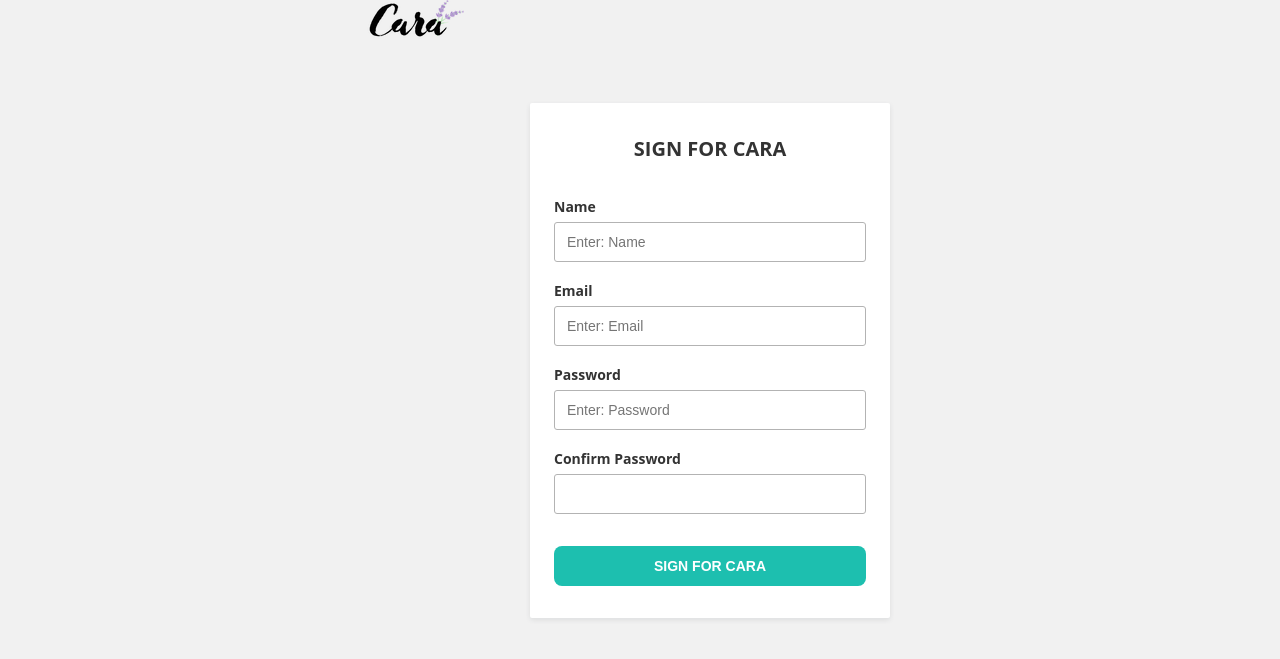
Repository: MinhNhatIT2901/Ecommerce
Page: sigin.html
These files come from the project's save history. The page is drawn as it stood at one moment and after the next save; the edit follows.
The browser window is 1280 px wide. The pictures show the whole page.

Above is the page before, as saved 2022-01-10 14:26:39.

### sigin.html
<!DOCTYPE html>
<html lang="en">
<head>
    <meta charset="UTF-8">
    <meta http-equiv="X-UA-Compatible" content="IE=edge">
    <meta name="viewport" content="width=device-width, initial-scale=1.0">
    <link rel="stylesheet" href="./sigin/sigin.css">
    <title>Login for Cara</title>
</head>
<body>
    <div class="main">
        <div class="logo-img">
            <img src="./imgs/img/logo.png" alt="">
        </div>
        <form action="" method="POST" class="form" id="form-1">
            <h3 class="heading">SIGN FOR CARA</h3>

            <div class="spacer"></div>

            <div class="form-group">
                <label for="fullname" class="form-label">Name</label>
                <input id="fullname" name="fullname" type="text" placeholder="Enter: Name" class="form-control">
                <span class="form-message"></span>
            </div>

            <div class="form-group">
                <label for="email" class="form-label">Email</label>
                <input id="email" name="email" type="text" placeholder="Enter: Email" class="form-control">
                <span class="form-message"></span>
            </div>

            <div class="form-group">
                <label for="password" class="form-label">Password</label>
                <input id="password" name="password" type="password" placeholder="Enter: Password" class="form-control">
                <span class="form-message"></span>
            </div>

            <div class="form-group">
                <label for="password_confirmation" class="form-label">Confirm Password</label>
                <input id="password_confirmation" name="password_confirmation" type="password" class="form-control">
                <span class="form-message"></span>
            </div>

            <button class="form-submit">SIGN FOR CARA</button>
        </form>

    </div>
</body>
    <script src="./sigin/sigin.js"></script>
    <script>
        Validator({
            form: '#form-1',
            errorSelector : '.form-message',
            formGroupSelector: '.form-group',
            rules: [
            Validator.isRequired ('#fullname'),
            Validator.isRequired('#email'),
            Validator.isEmail('#email'),
            Validator.minLength('#password', 6),
            Validator.isRequired('#password_confirmation'),
            Validator.isConfirmed('#password_confirmation', function () {
                return document.querySelector('#form-1 #password').value
            }, 'Re-entered password is incorrect'),
            ],
            onSubmit: function(data) {
                // Call API
                console.log(data)
            }
        })
    </script>
</html>

### sigin/sigin.css
* {
  padding: 0;
  margin: 0;
  box-sizing: border-box;
}
html {
  color: #333;
  font-size: 62.5%;
  font-family: "Open Sans", sans-serif;
}
.main {
  background: #f1f1f1;
  min-height: 100vh;
  display: flex;
  justify-content: center;
}

.logo-img {
  left: 0;
}

.form {
  width: 360px;
  min-height: 100px;
  padding: 32px 24px;
  text-align: center;
  background: #fff;
  border-radius: 2px;
  margin: 24px;
  align-self: center;
  box-shadow: 0 2px 5px 0 rgba(51, 62, 73, 0.1);
}
.form .heading {
  font-size: 2rem;
}
.form .desc {
  text-align: center;
  color: #636d77;
  font-size: 1.6rem;
  font-weight: lighter;
  line-height: 2.4rem;
  margin-top: 16px;
  font-weight: 300;
}

.form-group {
  display: flex;
  margin-bottom: 16px;
  flex-direction: column;
}

.form-label,
.form-message {
  text-align: left;
}

.form-label {
  font-weight: 700;
  padding-bottom: 6px;
  line-height: 1.8rem;
  font-size: 1.4rem;
}

.form-control {
  height: 40px;
  padding: 8px 12px;
  border: 1px solid #b3b3b3;
  border-radius: 3px;
  outline: none;
  font-size: 1.4rem;
}

.form-control:hover {
  border-color: #1dbfaf;
}

.form-group.invalid .form-control {
  border-color: #f33a58;
}

.form-group.invalid .form-message {
  color: #f33a58;
}

.form-message {
  font-size: 1.2rem;
  line-height: 1.6rem;
  padding: 4px 0 0;
}

.form-submit {
  outline: none;
  background-color: #1dbfaf;
  margin-top: 12px;
  padding: 12px 16px;
  font-weight: 600;
  color: #fff;
  border: none;
  width: 100%;
  font-size: 14px;
  border-radius: 8px;
  cursor: pointer;
}

.form-submit:hover {
  background-color: #1ac7b6;
}

.spacer {
  margin-top: 36px;
}

### sigin/sigin.js
function Validator(options) {
    function getParent(element, selector) {
        while (element.parentElement) {
            if (element.parentElement.matches(selector)) {
                return element.parentElement;
            }
            element = element.parentElement;
        }
    }

    var selectorRules = {};

    // Hàm thực hiện validate
    function validate(inputElement, rule) {
        var errorElement = getParent(inputElement, options.formGroupSelector).querySelector(options.errorSelector);
        var errorMessage;

        // Lấy ra các rules của selector
        var rules = selectorRules[rule.selector];

        // Lặp qua từng rule & kiểm tra
        // Nếu có lỗi thì dừng việc kiểm
        for (var i = 0; i < rules.length; ++i) {
            switch (inputElement.type) {
                case 'radio':
                case 'checkbox':
                    errorMessage = rules[i](
                        formElement.querySelector(rule.selector + ':checked')
                    );
                    break;
                default:
                    errorMessage = rules[i](inputElement.value);
            }
            if (errorMessage) break;
        }

        if (errorMessage) {
            errorElement.innerText = errorMessage;
            getParent(inputElement, options.formGroupSelector).classList.add('invalid');
        } else {
            errorElement.innerText = '';
            getParent(inputElement, options.formGroupSelector).classList.remove('invalid');
        }

        return !errorMessage;
    }

    // Lấy element của form cần validate
    var formElement = document.querySelector(options.form);
    if (formElement) {
        // Khi submit form
        formElement.onsubmit = function (e) {
            e.preventDefault();

            var isFormValid = true;

            // Lặp qua từng rules và validate
            options.rules.forEach(function (rule) {
                var inputElement = formElement.querySelector(rule.selector);
                var isValid = validate(inputElement, rule);
                if (!isValid) {
                    isFormValid = false;
                }
            });

            if (isFormValid) {
                // Trường hợp submit với javascript
                if (typeof options.onSubmit === 'function') {
                    var enableInputs = formElement.querySelectorAll('[name]');
                    var formValues = Array.from(enableInputs).reduce(function (values, input) {

                        switch(input.type) {
                            case 'radio':
                                values[input.name] = formElement.querySelector('input[name="' + input.name + '"]:checked').value;
                                break;
                            case 'checkbox':
                                if (!input.matches(':checked')) {
                                    values[input.name] = '';
                                    return values;
                                }
                                if (!Array.isArray(values[input.name])) {
                                    values[input.name] = [];
                                }
                                values[input.name].push(input.value);
                                break;
                            case 'file':
                                values[input.name] = input.files;
                                break;
                            default:
                                values[input.name] = input.value;
                        }

                        return values;
                    }, {});
                    options.onSubmit(formValues);
                }
                // Trường hợp submit với hành vi mặc định
                else {
                    formElement.submit();
                }
            }
        }

        // Lặp qua mỗi rule và xử lý (lắng nghe sự kiện blur, input, ...)
        options.rules.forEach(function (rule) {

            // Lưu lại các rules cho mỗi input
            if (Array.isArray(selectorRules[rule.selector])) {
                selectorRules[rule.selector].push(rule.test);
            } else {
                selectorRules[rule.selector] = [rule.test];
            }

            var inputElements = formElement.querySelectorAll(rule.selector);

            Array.from(inputElements).forEach(function (inputElement) {
               // Xử lý trường hợp blur khỏi input
                inputElement.onblur = function () {
                    validate(inputElement, rule);
                }

                // Xử lý mỗi khi người dùng nhập vào input
                inputElement.oninput = function () {
                    var errorElement = getParent(inputElement, options.formGroupSelector).querySelector(options.errorSelector);
                    errorElement.innerText = '';
                    getParent(inputElement, options.formGroupSelector).classList.remove('invalid');
                }
            });
        });
    }

}



// Định nghĩa rules
// Nguyên tắc của các rules:
// 1. Khi có lỗi => Trả ra message lỗi
// 2. Khi hợp lệ => Không trả ra cái gì cả (undefined)
Validator.isRequired = function (selector, message) {
    return {
        selector: selector,
        test: function (value) {
            return value ? undefined :  message || 'Please enter this field'
        }
    };
}

Validator.isEmail = function (selector, message) {
    return {
        selector: selector,
        test: function (value) {
            var regex = /^\w+([\.-]?\w+)*@\w+([\.-]?\w+)*(\.\w{2,3})+$/;
            return regex.test(value) ? undefined :  message || 'This field must be email';
        }
    };
}

Validator.minLength = function (selector, min, message) {
    return {
        selector: selector,
        test: function (value) {
            return value.length >= min ? undefined :  message || `Please enter at least ${min} characters`;
        }
    };
}

Validator.isConfirmed = function (selector, getConfirmValue, message) {
    return {
        selector: selector,
        test: function (value) {
            return value === getConfirmValue() ? undefined : message || 'Input value is incorrect';
        }
    }
}

After the next save:
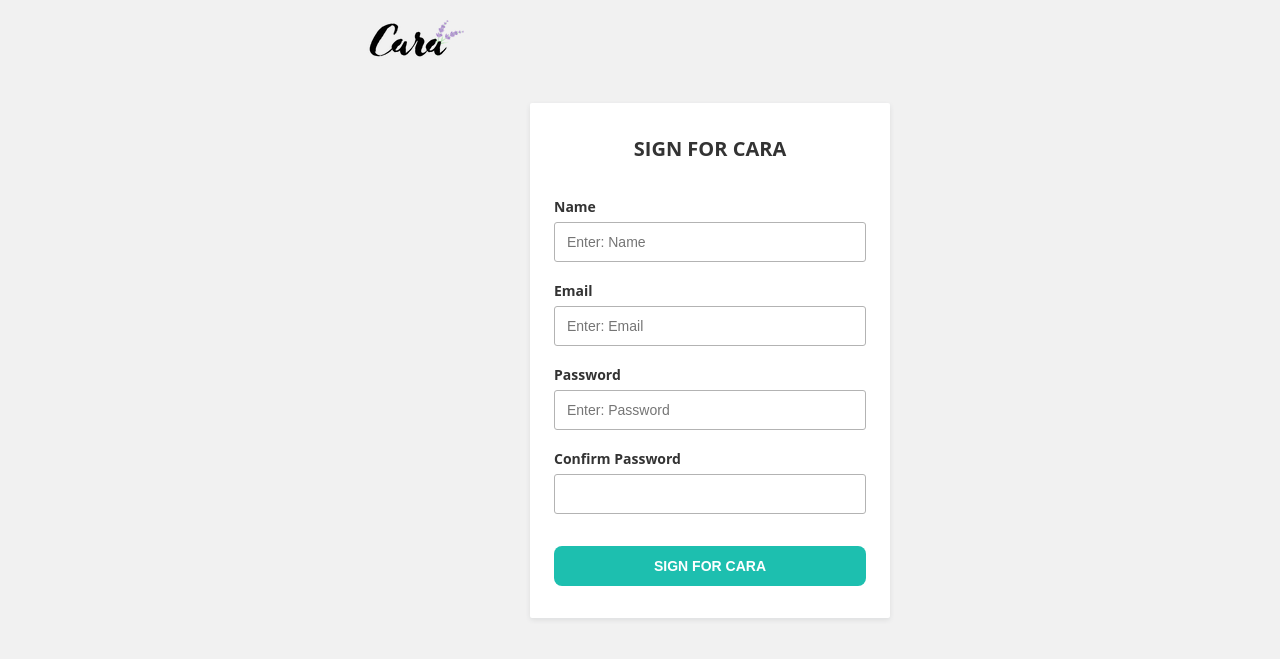
Saved 51 s later.
--- a/sigin/sigin.css
+++ b/sigin/sigin.css
@@ -16,7 +16,7 @@ html {
 }
 
 .logo-img {
-  left: 0;
+  margin-top: 20px;
 }
 
 .form {
